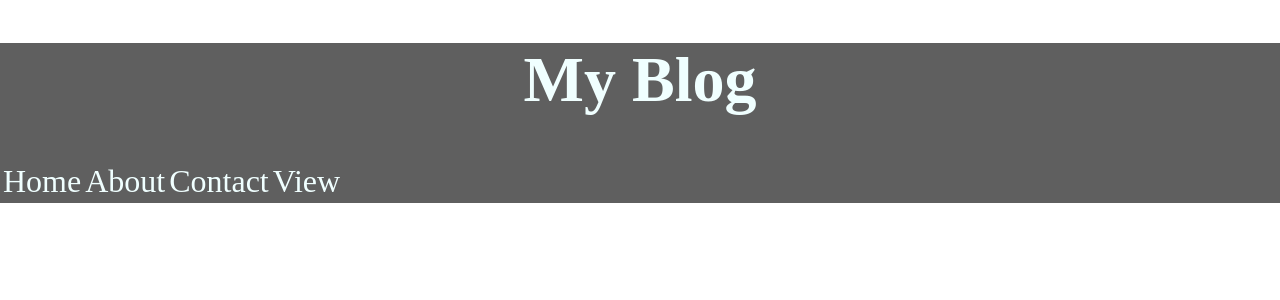
Repository: obusakthi539/Loginform
Page: Myblog.html
An editor plug-in stored every save of this project. The page is shown before and after the next save, followed by the edit.
The browser window is 1280 px wide. The pictures show the whole page.

Above is the page before, as saved 2025-01-12 12:32:40.

### Myblog.html
<!DOCTYPE html>
<html lang="en">
<head>
    <meta charset="UTF-8">
    <meta name="viewport" content="width=device-width, initial-scale=1.0">
    <title>Document</title>

    <style>
        body{
           margin: 0px;
           padding: 0px;
        }
        .a1{
            background-color: rgba(0, 0, 0, 0.626);
            color: azure;
            text-align: center;
            font-size: xx-large;
            align-items: center;
        }
    </style>
</head>
<body>
    <div class="a1">
        <h1>My Blog</h1>
        <table>
            <tr>
                <td>Home</td>
                <td>About</td>
                <td>Contact</td>
                <td>View</td>
            </tr>
        </table>
    </div>
</body>
</html>

After the next save:
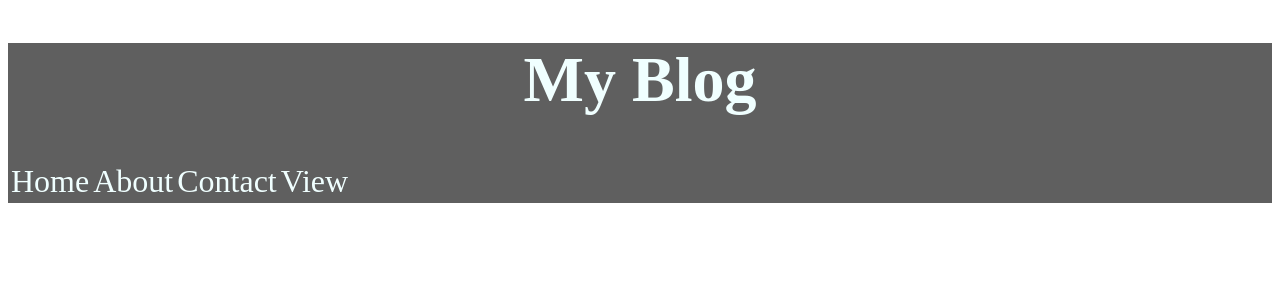
Saved 15 s later.
--- a/Myblog.html
+++ b/Myblog.html
@@ -6,10 +6,7 @@
     <title>Document</title>
 
     <style>
-        body{
-           margin: 0px;
-           padding: 0px;
-        }
+
         .a1{
             background-color: rgba(0, 0, 0, 0.626);
             color: azure;

After the save that followed:
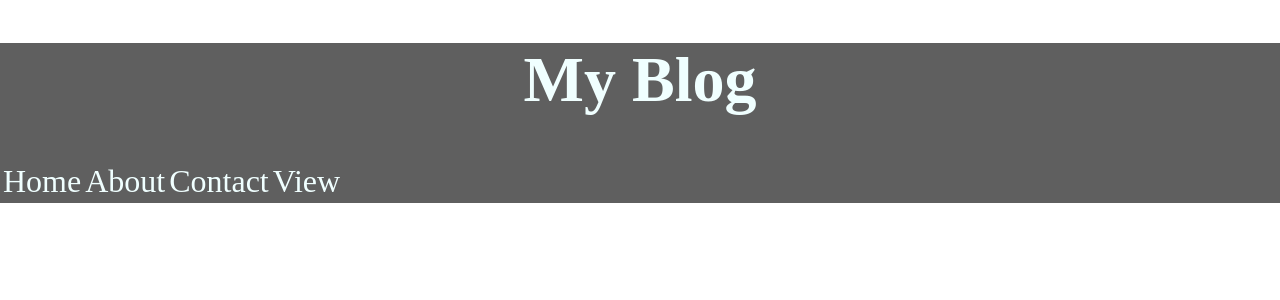
Saved 8 s later.
--- a/Myblog.html
+++ b/Myblog.html
@@ -6,7 +6,10 @@
     <title>Document</title>
 
     <style>
-
+        body{
+           margin: 0px;
+           padding: 0px;
+        }
         .a1{
             background-color: rgba(0, 0, 0, 0.626);
             color: azure;
